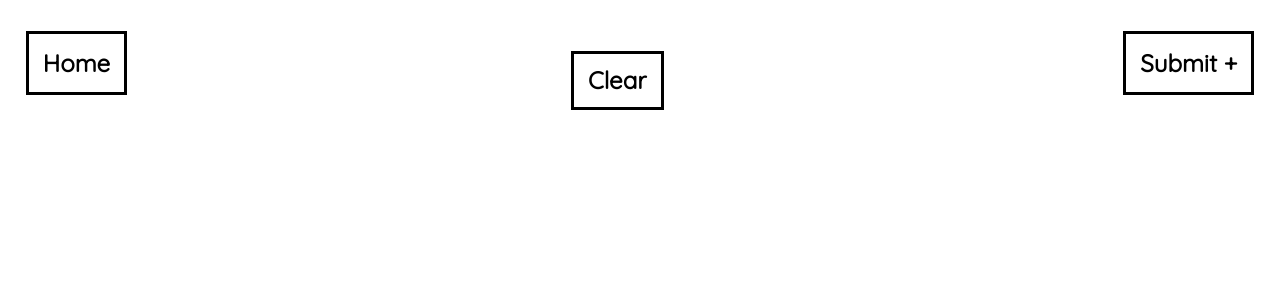
Repository: rickypcyt/WebMural
Page: /
These files come from the project's save history. The page is drawn as it stood at one moment and after the next save; the edit follows.
The browser window is 1280 px wide. The pictures show the whole page.
The project was rebuilt for these pictures with package versions that can differ from the ones it lists, and the page was loaded fresh each time.

Above is the page before, as saved 2022-09-12 13:10:19.

After the next save:
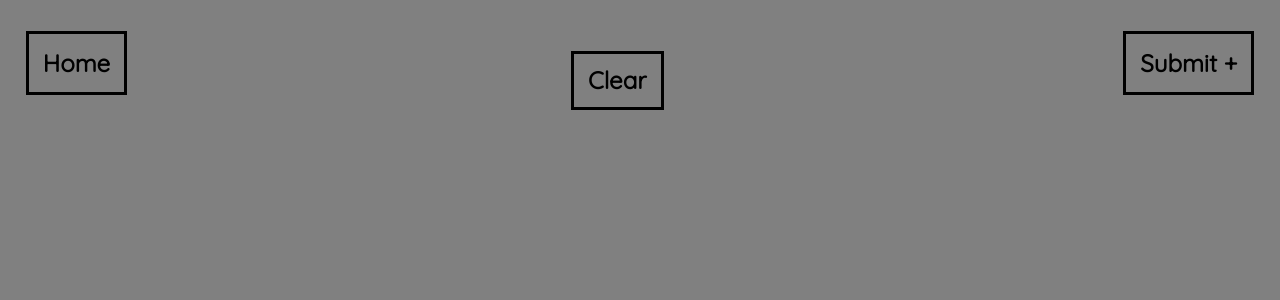
Saved 10 s later.
--- a/src/index.css
+++ b/src/index.css
@@ -20,7 +20,7 @@ input[type="file"] {
   padding: 10px;
 }
 html{
-  background-color: white;
+  background-color: gray;
 }
 body {
   line-height: 1;
